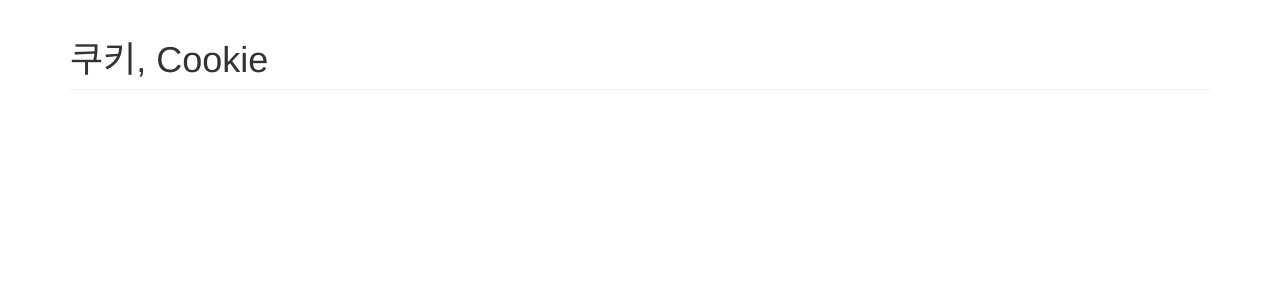
Repository: kimgyuseok/Server
Page: http://localhost/JSPTest/ex14_cookie.jsp
These files come from the project's save history. The page is drawn as it stood at one moment and after the next save; the edit follows.
The browser window is 1280 px wide. The pictures show the whole page.
The page is served by Tomcat 9.

Above is the page before, as saved 2022-01-07 06:22:04.

After the next save:
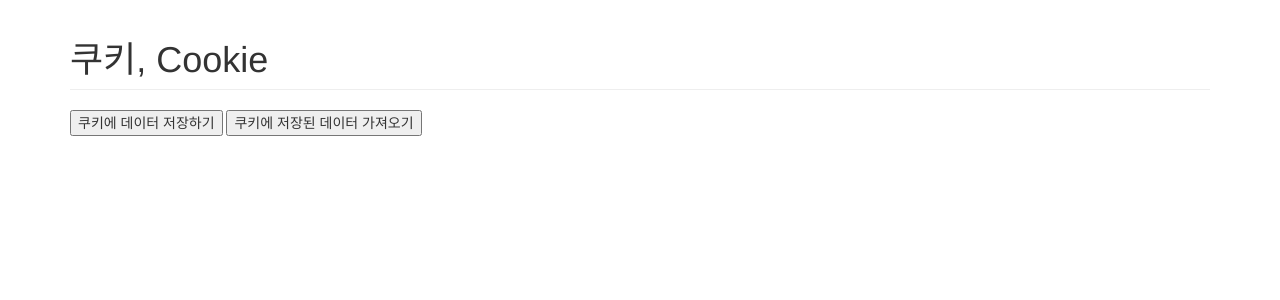
Console error: SyntaxError: Unexpected token ')'
Saved 33 s later.
--- a/JSPTest/src/main/webapp/ex14_cookie.jsp
+++ b/JSPTest/src/main/webapp/ex14_cookie.jsp
@@ -20,11 +20,22 @@
 	<div class="container">
 		<h1 class="page-header">쿠키, Cookie<small></small></h1>
 
-
+			<input type="button" value="쿠키에 데이터 저장하기" id="btn1">
+			<input type="button" value="쿠키에 저장된 데이터 가져오기" id="btn2">
 	</div>
 
-<script>
 
-</script>
+	<script>
+		$('#btn1').click(function()){
+// 			document.cookie = "hong,20,서울시 강남구";
+// 			document.cookie = "name=홍길동&age=20&address=서울시";
+			setCookie('num',100);
+			setCookie('name','홍길동');
+		});
+
+		$('#btn2').click(function()){
+			document.cookie = "hong";
+		});
+	</script>
 </body>
 </html>
